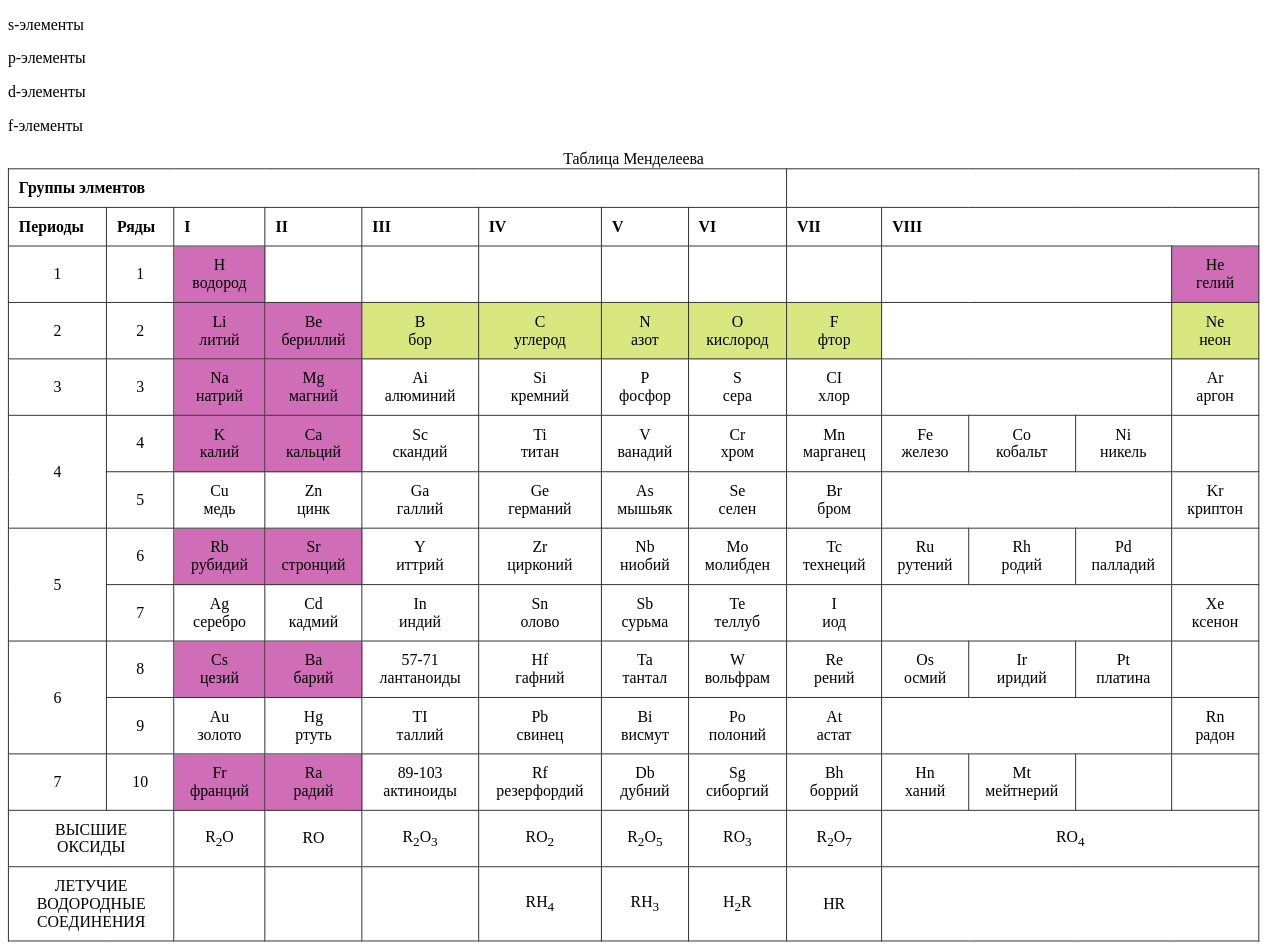
Repository: sannikovcode/exercises-a1
Page: JS/websites/01-periodic table/index.html
These files come from the project's save history. The page is drawn as it stood at one moment and after the next save; the edit follows.
The browser window is 1280 px wide. The pictures show the whole page, at 99% of full size.

Above is the page before, as saved 2025-10-18 14:57:48.

### JS/websites/01-periodic table/index.html
<!DOCTYPE html>
<html lang="en">

<head>
    <meta charset="UTF-8">
    <meta name="viewport" content="width=device-width, initial-scale=1.0">
    <title>Periodic table</title>
    <link rel="stylesheet" href="styles.css">
</head>

<body>
    <table>
        <caption>Таблица Менделеева</caption>
        <thead>
            <tr>
                <th colspan="8">Группы элментов</th>
            </tr>
        </thead>

        <tbody>
            <tr>
                <th scope="col">Периоды</th>
                <th scope="col">Ряды</th>
                <th scope="col">I</th>
                <th scope="col">II</th>
                <th scope="col">III</th>
                <th scope="col">IV</th>
                <th scope="col">V</th>
                <th scope="col">VI</th>
                <th scope="col">VII</th>
                <th scope="col" colspan="4">VIII</th>
            </tr>
            <tr>
                <td scope="row">1</td>
                <td>1</td>
                <td id="s">H<br>водород</td>
                <td></td>
                <td></td>
                <td></td>
                <td></td>
                <td></td>
                <td></td>
                <td colspan="3"></td>
                <td id="s">He<br>гелий</td>

            </tr>
            <tr>
                <td scope="row">2</td>
                <td>2</td>
                <td id="s">Li<br>литий</td>
                <td id="s">Be<br>бериллий</td>
                <td id="p">B<br>бор</td>
                <td id="p">C<br>углерод</td>
                <td id="p">N<br>азот</td>
                <td id="p">O<br>кислород</td>
                <td id="p">F<br>фтор</td>
                <td colspan="3"></td>
                <td id="p">Ne<br>неон</td>
            </tr>
            <tr>
                <td scope="row">3</td>
                <td>3</td>
                <td id="s">Na<br>натрий</td>
                <td id="s">Mg<br>магний</td>
                <td>Ai<br>алюминий</td>
                <td>Si<br>кремний</td>
                <td>P<br>фосфор</td>
                <td>S<br>сера</td>
                <td>CI<br>хлор</td>
                <td colspan="3"></td>
                <td>Ar<br>аргон</td>

            </tr>
            <tr>
                <td scope="row" rowspan="2">4</td>
                <td>4</td>
                <td id="s">K<br>калий</td>
                <td id="s">Ca<br>кальций</td>
                <td>Sc<br>скандий</td>
                <td>Ti<br>титан</td>
                <td>V<br>ванадий</td>
                <td>Cr<br>хром</td>
                <td>Mn<br>марганец</td>
                <td>Fe<br>железо</td>
                <td>Co<br>кобальт</td>
                <td>Ni<br>никель</td>
                <td></td>
            </tr>
            <tr>
                <td>5</td>
                <td>Cu<br>медь</td>
                <td>Zn<br>цинк</td>
                <td>Ga<br>галлий</td>
                <td>Ge<br>германий</td>
                <td>As<br>мышьяк</td>
                <td>Se<br>селен</td>
                <td>Br<br>бром</td>
                <td colspan="3"></td>
                <td>Kr<br>криптон</td>
            <tr>
                <td scope="row" rowspan="2">5</td>
                <td>6</td>
                <td id="s">Rb<br>рубидий</td>
                <td id="s">Sr<br>стронций</td>
                <td>Y<br>иттрий</td>
                <td>Zr<br>цирконий</td>
                <td>Nb<br>ниобий</td>
                <td>Mo<br>молибден</td>
                <td>Tc<br>технеций</td>
                <td>Ru<br>рутений</td>
                <td>Rh<br>родий</td>
                <td>Pd<br>палладий</td>
                <td></td>
            </tr>
            <tr>
                <td>7</td>
                <td>Ag<br>серебро</td>
                <td>Cd<br>кадмий</td>
                <td>In<br>индий</td>
                <td>Sn<br>олово</td>
                <td>Sb<br>сурьма</td>
                <td>Te<br>теллуб</td>
                <td>I<br>иод</td>
                <td colspan="3"></td>
                <td>Xe<br>ксенон</td>
            </tr>
            <tr>
                <td scope="row" rowspan="2">6</td>
                <td>8</td>
                <td id="s">Cs<br>цезий</td>
                <td id="s">Ba<br>барий</td>
                <td>57-71<br>лантаноиды</td>
                <td>Hf<br>гафний</td>
                <td>Ta<br>тантал</td>
                <td>W<br>вольфрам</td>
                <td>Re<br>рений</td>
                <td>Os<br>осмий</td>
                <td>Ir<br>иридий</td>
                <td>Pt<br>платина</td>
                <td></td>
            </tr>
            <tr>
                <td>9</td>
                <td>Au<br>золото</td>
                <td>Hg<br>ртуть</td>
                <td>TI<br>таллий</td>
                <td>Pb<br>свинец</td>
                <td>Bi<br>висмут</td>
                <td>Po<br>полоний</td>
                <td>At<br>астат</td>
                <td colspan="3"></td>
                <td>Rn<br>радон</td>
            </tr>
            <tr>
                <td scope="row">7</td>
                <td>10<br></td>
                <td id="s">Fr<br>франций</td>
                <td id="s">Ra<br>радий</td>
                <td>89-103<br>актиноиды</td>
                <td>Rf<br>резерфордий</td>
                <td>Db<br>дубний</td>
                <td>Sg<br>сиборгий</td>
                <td>Bh<br>боррий</td>
                <td>Hn<br>ханий</td>
                <td>Mt<br>мейтнерий</td>
                <td></td>
                <td></td>
            </tr>
            <tr>
                <td colspan="2">ВЫСШИЕ <br>ОКСИДЫ</td>
                <td>R<sub>2</sub>O</td>
                <td>RO</td>
                <td>R<sub>2</sub>O<sub>3</sub></td>
                <td>RO<sub>2</sub></td>
                <td>R<sub>2</sub>O<sub>5</sub></td>
                <td>RO<sub>3</sub></td>
                <td>R<sub>2</sub>O<sub>7</sub></td>
                <td colspan="4">RO<sub>4</sub></td>

            </tr>
            <tr>
                <td colspan="2">ЛЕТУЧИЕ <br>ВОДОРОДНЫЕ <br> СОЕДИНЕНИЯ</td>
                <td></td>
                <td></td>
                <td></td>
                <td>RH<sub>4</sub></td>
                <td>RH<sub>3</sub></td>
                <td>H<sub>2</sub>R</td>
                <td>HR</td>
                <td colspan="4"></td>
            </tr>
        </tbody>
        <tfoot>
            <p>s-элементы</p>
            <p>p-элементы</p>
            <p>d-элементы</p>
            <p>f-элементы</p>

        </tfoot>

    </table>




</body>

</html>

### JS/websites/01-periodic table/styles.css
/* 1 */
table {
  border-collapse: collapse;
  width: 100%;
}

table, th, td {
  border: 1px solid #333;
}

th, td {
  padding: 10px;
  text-align: left;
}

/*2*/
td {
  text-align: center; /* горизонтальное центрирование */
  vertical-align: middle; /* вертикальное центрирование */
}

/* элементы */

#s {
  background-color: rgb(207, 109, 183);
}
#p {
  background-color: rgb(216, 231, 128);
}
#d {
  background-color: rgb(76, 171, 202);
}
#f {
  background-color: rgb(114, 211, 130);
}

After the next save:
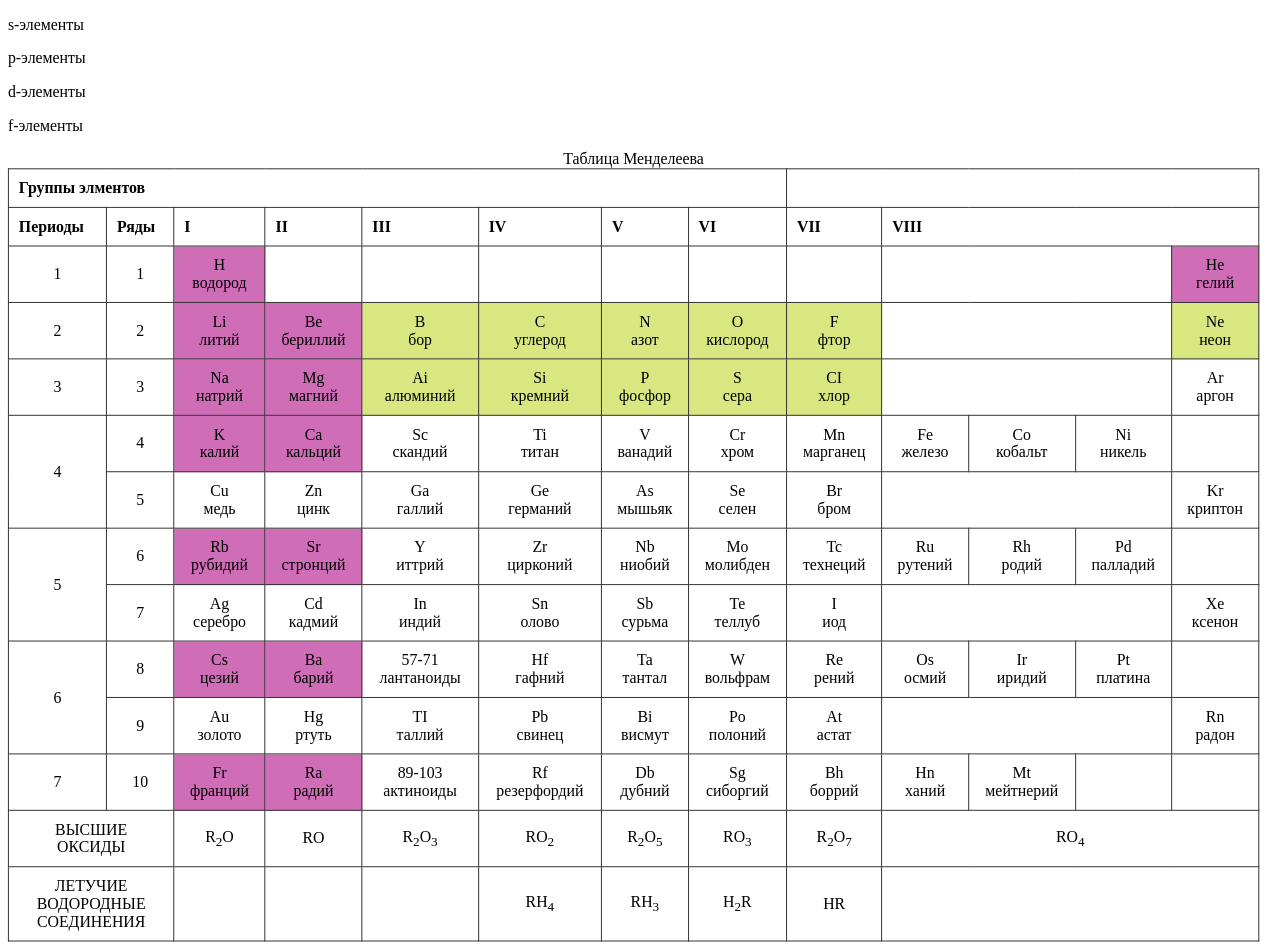
Saved 20 s later.
--- a/JS/websites/01-periodic table/index.html
+++ b/JS/websites/01-periodic table/index.html
@@ -62,11 +62,11 @@
                 <td>3</td>
                 <td id="s">Na<br>натрий</td>
                 <td id="s">Mg<br>магний</td>
-                <td>Ai<br>алюминий</td>
-                <td>Si<br>кремний</td>
-                <td>P<br>фосфор</td>
-                <td>S<br>сера</td>
-                <td>CI<br>хлор</td>
+                <td id="p">Ai<br>алюминий</td>
+                <td id="p">Si<br>кремний</td>
+                <td id="p">P<br>фосфор</td>
+                <td id="p">S<br>сера</td>
+                <td id="p">CI<br>хлор</td>
                 <td colspan="3"></td>
                 <td>Ar<br>аргон</td>
 
